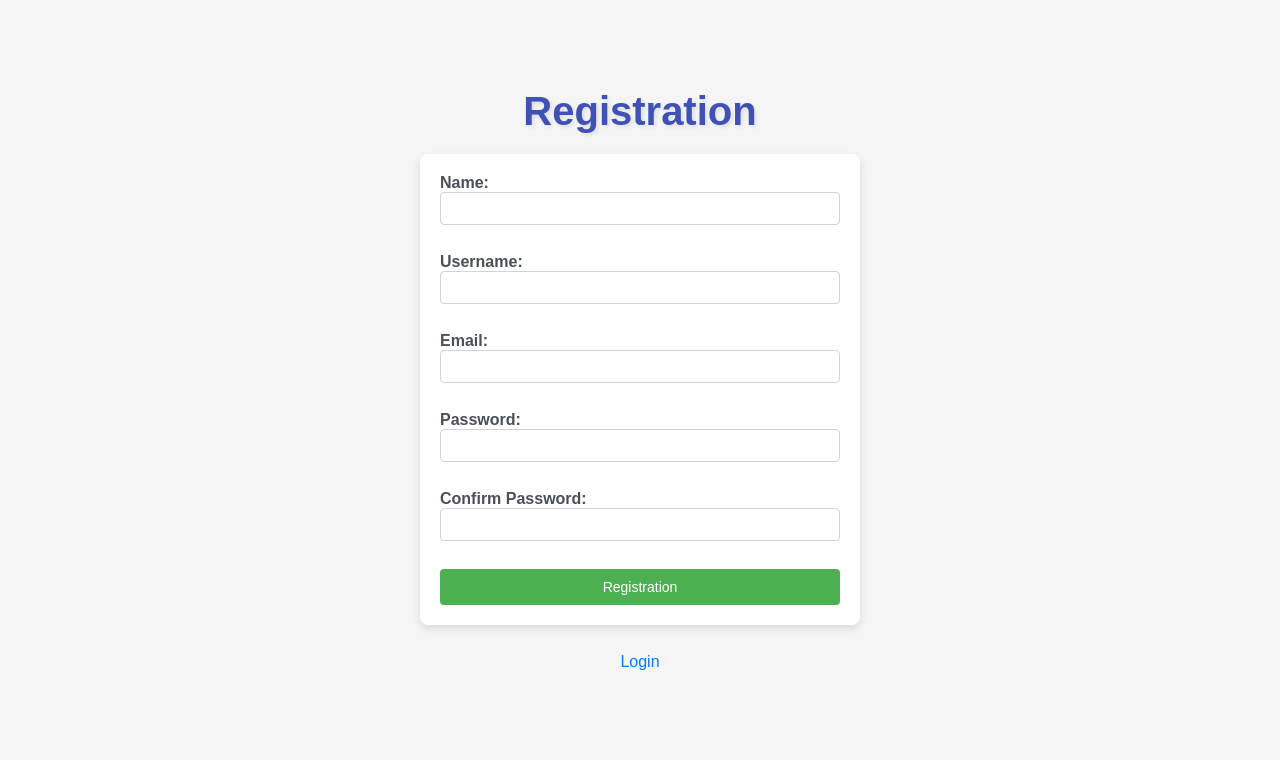
Repository: Acharya-Keerthana/Education
Page: http://localhost/reglog/registration.php
An editor plug-in stored every save of this project. The page is shown before and after the next save, followed by the edit.
The browser window is 1280 px wide. The pictures show the whole page.
The page is run by PHP 8.4 with error messages shown; the project is at /var/www/html/.

Above is the page before, as saved 2024-04-16 18:15:14.

### reglog/registration.php
<?php
require 'config.php';

if (isset($_POST["submit"])) {
    $name = $_POST["name"];
    $username = $_POST["username"];
    $email = $_POST["email"];
    $password = $_POST["password"];
    $confirmpassword = $_POST["confirmpassword"];

    $duplicate = mysqli_query($conn, "SELECT * FROM tb_user WHERE username = '$username' OR email='$email'");

    if (mysqli_num_rows($duplicate) > 0) {
        echo "<script> alert('Username or Email Has Already Taken'); </script>";
    } else {
        if ($password == $confirmpassword) {
            $query = "INSERT INTO tb_user (name, username, email, password,confirmpassword) VALUES ('$name', '$username', '$email', '$password','$confirmpassword')";

            if (mysqli_query($conn, $query)) {
                echo "<script> alert('Registration successful'); </script>";
            } else {
                echo "Error: " . $query . "<br>" . mysqli_error($conn);
            }
        } else {
            echo "<script> alert('Passwords do not match'); </script>";
        }
    }
}
?>

<!DOCTYPE html>
<html lang="en">
<head>
    <meta charset="UTF-8">
    <meta name="viewport" content="width=device-width, initial-scale=1.0">
    <title>Registration</title>
    <style>
        body {
            display: flex;
            flex-direction: column;
            align-items: center;
            justify-content: center;
            height: 100vh;
            margin: 0;
            padding: 20px;
            background-color: #f5f5f5;
            font-family: Arial, sans-serif;
        }

        h2 {
            margin-top: 0;
            margin-bottom: 20px;
            font-size: 2.5rem;
            color: #3f51b5;
            text-shadow: 2px 2px 4px rgba(0, 0, 0, 0.1);
            animation: slideIn 0.5s ease forwards;
        }

        form {
            width: 100%;
            max-width: 400px;
            background-color: #fff;
            padding: 20px;
            border-radius: 8px;
            box-shadow: 0 4px 10px rgba(0, 0, 0, 0.1);
            animation: slideIn 0.5s ease forwards;
        }

        @keyframes slideIn {
            from {
                opacity: 0;
                transform: translateY(-20px);
            }
            to {
                opacity: 1;
                transform: translateY(0);
            }
        }

        label {
            font-weight: bold;
            color: #495057;
        }

        input[type="text"],
        input[type="email"],
        input[type="password"] {
            width: 100%;
            padding: 8px;
            margin-bottom: 10px;
            border: 1px solid #ced4da;
            border-radius: 4px;
            box-sizing: border-box;
            transition: border-color 0.3s ease;
        }

        input[type="text"]:focus,
        input[type="email"]:focus,
        input[type="password"]:focus {
            border-color: #4caf50;
            box-shadow: 0 0 2px 1px rgba(76, 175, 80, 0.3);
        }

        button {
            background-color: #4caf50;
            color: #fff;
            padding: 10px 16px;
            border: none;
            border-radius: 4px;
            cursor: pointer;
            width: 100%;
            font-size: 14px;
            transition: background-color 0.3s ease;
        }

        button:hover {
            background-color: #3e8e41;
        }

        a {
            display: block;
            text-align: center;
            margin-top: 10px;
            color: #007bff;
            text-decoration: none;
            transition: color 0.3s ease;
        }

        a:hover {
            color: #0056b3;
        }
    </style>
</head>
<body>
    <h2>Registration</h2>
    <form action="" method="post" autocomplete="off">
        <label for="name">Name:</label>
        <input type="text" name="name" id="name" required value=""><br><br>
        <label for="username">Username:</label>
        <input type="text" name="username" id="username" required value=""><br><br>
        <label for="email">Email:</label>
        <input type="email" name="email" id="email" required value=""><br><br>
        <label for="password">Password:</label>
        <input type="password" name="password" id="password" required value=""><br><br>
        <label for="confirmpassword">Confirm Password:</label>
        <input type="password" name="confirmpassword" id="confirmpassword" required value=""><br><br>
        <button type="submit" name="submit">Registration</button>
    </form>
    <br>
    <a href="login.php">Login</a>
</body>
</html>

### reglog/config.php
<?php
error_reporting(0);
$servername="localhost";
$username="root";
$password="";
$database="education";

$conn=mysqli_connect($servername,$username,$password,$database);
if(!$conn){
die ("connection error".mysqli_connect_error());
}

After the next save:
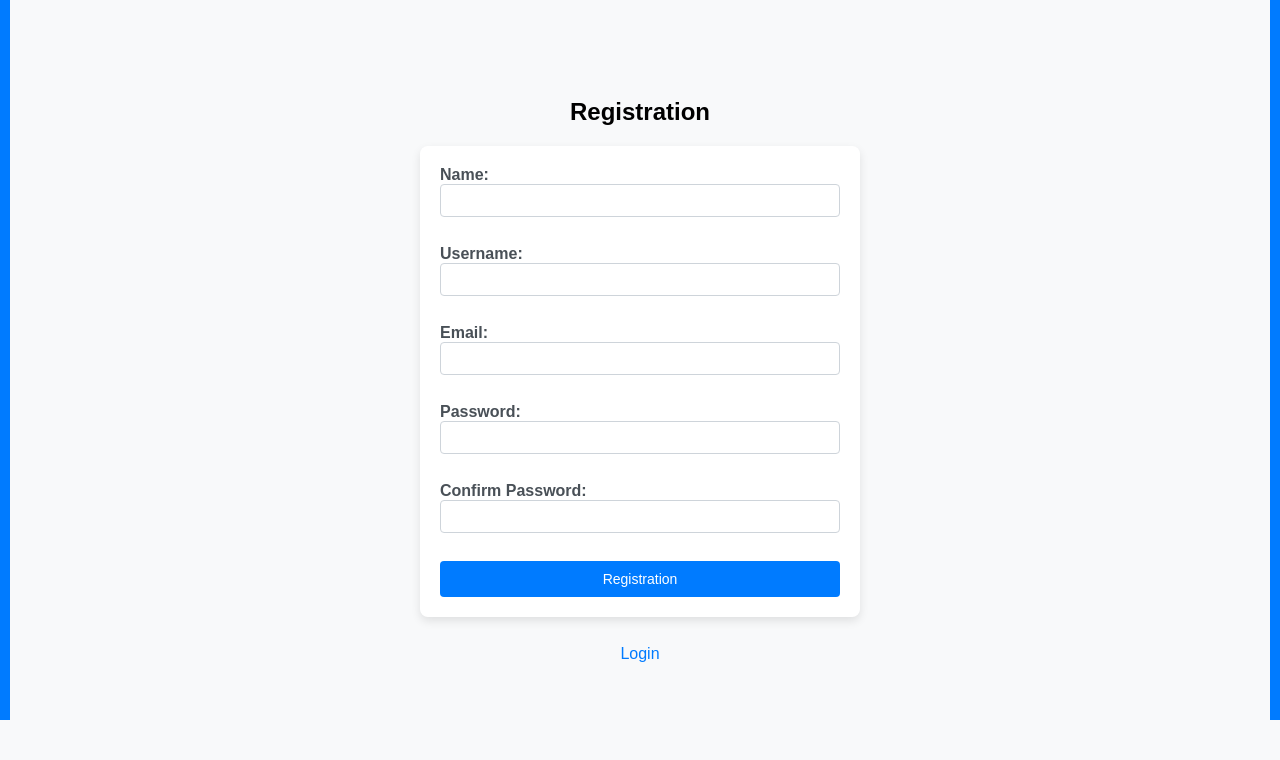
Saved 2 min 3 s later.
--- a/reglog/registration.php
+++ b/reglog/registration.php
@@ -27,7 +27,6 @@
     }
 }
 ?>
-
 <!DOCTYPE html>
 <html lang="en">
 <head>
@@ -36,24 +35,20 @@
     <title>Registration</title>
     <style>
         body {
+            font-family: Arial, sans-serif;
+            background-color: #f8f9fa;
+            padding: 20px;
+            height: 100vh;
+            margin: 0;
             display: flex;
             flex-direction: column;
+            justify-content: center;
             align-items: center;
-            justify-content: center;
-            height: 100vh;
-            margin: 0;
-            padding: 20px;
-            background-color: #f5f5f5;
-            font-family: Arial, sans-serif;
         }
 
         h2 {
             margin-top: 0;
             margin-bottom: 20px;
-            font-size: 2.5rem;
-            color: #3f51b5;
-            text-shadow: 2px 2px 4px rgba(0, 0, 0, 0.1);
-            animation: slideIn 0.5s ease forwards;
         }
 
         form {
@@ -63,7 +58,8 @@
             padding: 20px;
             border-radius: 8px;
             box-shadow: 0 4px 10px rgba(0, 0, 0, 0.1);
-            animation: slideIn 0.5s ease forwards;
+            animation: slideIn 0.5s ease forwards, rotate3d 2s 0.5s ease forwards;
+            position: relative;
         }
 
         @keyframes slideIn {
@@ -74,6 +70,15 @@
             to {
                 opacity: 1;
                 transform: translateY(0);
+            }
+        }
+
+        @keyframes rotate3d {
+            0% {
+                transform: rotateX(0) rotateY(0) rotateZ(0);
+            }
+            100% {
+                transform: rotateX(360deg) rotateY(360deg) rotateZ(360deg);
             }
         }
 
@@ -97,12 +102,11 @@
         input[type="text"]:focus,
         input[type="email"]:focus,
         input[type="password"]:focus {
-            border-color: #4caf50;
-            box-shadow: 0 0 2px 1px rgba(76, 175, 80, 0.3);
+            border-color: #007bff;
         }
 
         button {
-            background-color: #4caf50;
+            background-color: #007bff;
             color: #fff;
             padding: 10px 16px;
             border: none;
@@ -114,7 +118,7 @@
         }
 
         button:hover {
-            background-color: #3e8e41;
+            background-color: #0056b3;
         }
 
         a {
@@ -128,6 +132,28 @@
 
         a:hover {
             color: #0056b3;
+        }
+
+        /* Adding a movable side border */
+        .side-border {
+            position: absolute;
+            top: 0;
+            bottom: 0;
+            width: 10px;
+            background-color: #007bff;
+            transition: width 0.3s ease;
+        }
+
+        .side-border.left {
+            left: 0;
+        }
+
+        .side-border.right {
+            right: 0;
+        }
+
+        form:hover .side-border {
+            width: 20px;
         }
     </style>
 </head>
@@ -148,5 +174,9 @@
     </form>
     <br>
     <a href="login.php">Login</a>
+
+    <!-- Adding the side borders -->
+    <div class="side-border left"></div>
+    <div class="side-border right"></div>
 </body>
 </html>

After the save that followed:
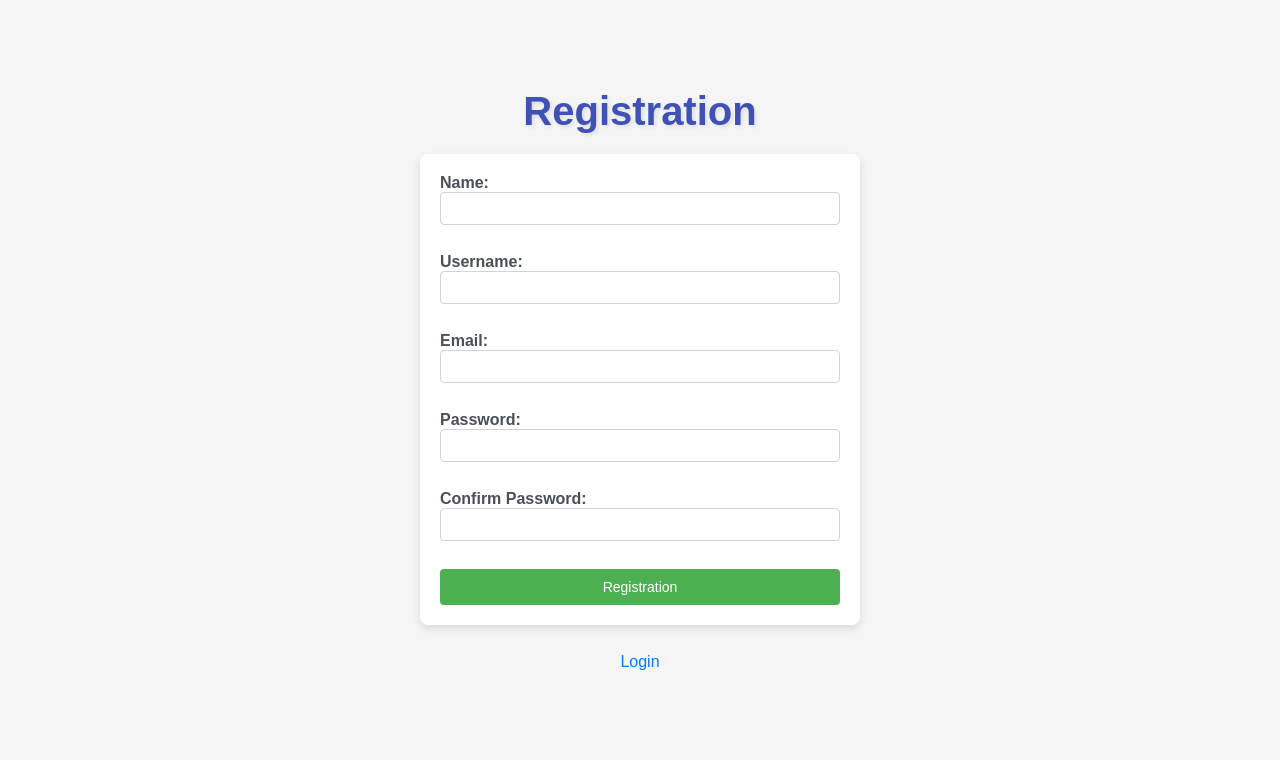
Saved 29 s later.
--- a/reglog/registration.php
+++ b/reglog/registration.php
@@ -27,6 +27,7 @@
     }
 }
 ?>
+
 <!DOCTYPE html>
 <html lang="en">
 <head>
@@ -35,20 +36,24 @@
     <title>Registration</title>
     <style>
         body {
-            font-family: Arial, sans-serif;
-            background-color: #f8f9fa;
-            padding: 20px;
+            display: flex;
+            flex-direction: column;
+            align-items: center;
+            justify-content: center;
             height: 100vh;
             margin: 0;
-            display: flex;
-            flex-direction: column;
-            justify-content: center;
-            align-items: center;
+            padding: 20px;
+            background-color: #f5f5f5;
+            font-family: Arial, sans-serif;
         }
 
         h2 {
             margin-top: 0;
             margin-bottom: 20px;
+            font-size: 2.5rem;
+            color: #3f51b5;
+            text-shadow: 2px 2px 4px rgba(0, 0, 0, 0.1);
+            animation: slideIn 0.5s ease forwards;
         }
 
         form {
@@ -58,8 +63,7 @@
             padding: 20px;
             border-radius: 8px;
             box-shadow: 0 4px 10px rgba(0, 0, 0, 0.1);
-            animation: slideIn 0.5s ease forwards, rotate3d 2s 0.5s ease forwards;
-            position: relative;
+            animation: slideIn 0.5s ease forwards;
         }
 
         @keyframes slideIn {
@@ -70,15 +74,6 @@
             to {
                 opacity: 1;
                 transform: translateY(0);
-            }
-        }
-
-        @keyframes rotate3d {
-            0% {
-                transform: rotateX(0) rotateY(0) rotateZ(0);
-            }
-            100% {
-                transform: rotateX(360deg) rotateY(360deg) rotateZ(360deg);
             }
         }
 
@@ -102,11 +97,12 @@
         input[type="text"]:focus,
         input[type="email"]:focus,
         input[type="password"]:focus {
-            border-color: #007bff;
+            border-color: #4caf50;
+            box-shadow: 0 0 2px 1px rgba(76, 175, 80, 0.3);
         }
 
         button {
-            background-color: #007bff;
+            background-color: #4caf50;
             color: #fff;
             padding: 10px 16px;
             border: none;
@@ -118,7 +114,7 @@
         }
 
         button:hover {
-            background-color: #0056b3;
+            background-color: #3e8e41;
         }
 
         a {
@@ -132,28 +128,6 @@
 
         a:hover {
             color: #0056b3;
-        }
-
-        /* Adding a movable side border */
-        .side-border {
-            position: absolute;
-            top: 0;
-            bottom: 0;
-            width: 10px;
-            background-color: #007bff;
-            transition: width 0.3s ease;
-        }
-
-        .side-border.left {
-            left: 0;
-        }
-
-        .side-border.right {
-            right: 0;
-        }
-
-        form:hover .side-border {
-            width: 20px;
         }
     </style>
 </head>
@@ -174,9 +148,5 @@
     </form>
     <br>
     <a href="login.php">Login</a>
-
-    <!-- Adding the side borders -->
-    <div class="side-border left"></div>
-    <div class="side-border right"></div>
 </body>
 </html>
